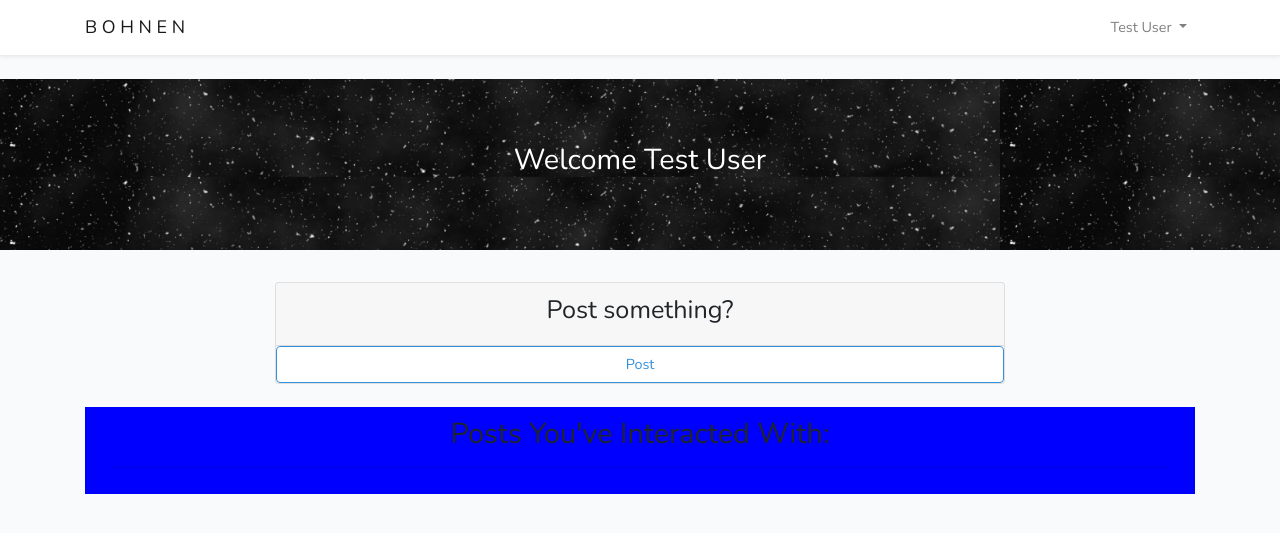
Repository: davidbohnen/BOHNEN
Page: http://localhost/home
These files come from the project's save history. The page is drawn as it stood at one moment and after the next save; the edit follows.
The browser window is 1280 px wide. The pictures show the whole page.
The page is served by the project's Laravel application, run on PHP 8.4 with Laravel 8. A made-up administrator, Test User (test@example.com), is signed in. Other server files are loaded and not shown.

Above is the page before, as saved 2020-05-05 22:21:09.

### routes/web.php
<?php

use Illuminate\Support\Facades\Route;

/*
|--------------------------------------------------------------------------
| Web Routes
|--------------------------------------------------------------------------
|
| Here is where you can register web routes for your application. These
| routes are loaded by the RouteServiceProvider within a group which
| contains the "web" middleware group. Now create something great!
|
*/

Route::get('/', function () {
    return view('welcome');
});

Auth::routes();

Route::get('/home', 'HomeController@index')->name('home');

Route::get('/post/create', 'PostController@create');
Route::post('/post', 'PostController@store');
Route::get('/warn', 'IndexController@warn');
Route::get('/post/{post}', 'PostController@show');

Route::get('/public', 'IndexController@public');

Route::get('/news', 'IndexController@news');


Route::get('/about', 'IndexController@about');
Route::get('/more', 'IndexController@more');
Route::get('/history', 'IndexController@history');
Route::get('/record', 'IndexController@record');
Route::get('/contact', 'IndexController@contact');
Route::get('/live', 'IndexController@live');

### app/User.php
<?php

namespace App;

use Illuminate\Contracts\Auth\MustVerifyEmail;
use Illuminate\Foundation\Auth\User as Authenticatable;
use Illuminate\Notifications\Notifiable;

class User extends Authenticatable
{
    use Notifiable;

    /**
     * The attributes that are mass assignable.
     *
     * @var array
     */
    protected $fillable = [
        'name', 'email', 'password',
    ];

    /**
     * The attributes that should be hidden for arrays.
     *
     * @var array
     */
    protected $hidden = [
        'password', 'remember_token',
    ];

    /**
     * The attributes that should be cast to native types.
     *
     * @var array
     */
    protected $casts = [
        'email_verified_at' => 'datetime',
    ];


    public function post(){
        return $this->hasMany(Post::class);
    }

}

### resources/views/home.blade.php
@extends('layouts.app')

@section('content')

<div class="jumbotron jumbotron-fluid" style= " background-image: url( images/galaback.png ) ; background-size: 1000px;">
      <div class="container" style= "text-align: center; color: white;">
        <h2> Welcome  {{ Auth::user()->name }}  </h2>

      </div>
    </div>

<div class="container">
    <div class="row justify-content-center">
        <div class="col-md-8">
            <div class="card">
                <div class="card-header" style="text-align: center"><h3> Post something?</h3></div>

                <div class="card-body;">
                    @if (session('status'))
                        <div class="alert alert-success" role="alert">
                            {{ session('status') }}
                        </div>
                    @endif

                <a href="/post/create" class="btn btn-outline-primary my-2 my-sm-0" style=" width:100%" >Post</a>

                </div>
            </div>
        </div>


    </div>
    <br>

    <div class="container"  class="row justify-content-center" style = "background-color:blue">
    <div style="text-align:center;padding:10px" >
        <h2>Posts You've Interacted With:</h2>
            <hr>
        </div>
    </div>
    </div>


@endsection

### resources/views/layouts/app.blade.php
<!doctype html>
<html lang="{{ str_replace('_', '-', app()->getLocale()) }}">
<head>
    <meta charset="utf-8">
    <meta name="viewport" content="width=device-width, initial-scale=1">

    <!-- CSRF Token -->
    <meta name="csrf-token" content="{{ csrf_token() }}">

    <title>{{ config('BOHNEN', 'B O H N E N') }}</title>


    <!-- Scripts -->
    <script src="{{ asset('js/app.js') }}" defer></script>

    <!-- Fonts -->
    <link rel="dns-prefetch" href="//fonts.gstatic.com">
    <link href="https://fonts.googleapis.com/css?family=Nunito" rel="stylesheet">

    <!-- Styles -->
    <link href="{{ asset('css/app.css') }}" rel="stylesheet">
</head>
<body>
    <div id="app">
        <nav class="navbar navbar-expand-md navbar-light bg-white shadow-sm">
            <div class="container">
                <a class="navbar-brand" href="{{ url('/') }}">
                    {{ config('BOHNEN', 'B O H N E N') }}
                </a>
                <button class="navbar-toggler" type="button" data-toggle="collapse" data-target="#navbarSupportedContent" aria-controls="navbarSupportedContent" aria-expanded="false" aria-label="{{ __('Toggle navigation') }}">
                    <span class="navbar-toggler-icon"></span>
                </button>

                <div class="collapse navbar-collapse" id="navbarSupportedContent">
                    <!-- Left Side Of Navbar -->
                    <ul class="navbar-nav mr-auto">

                    </ul>

                    <!-- Right Side Of Navbar -->
                    <ul class="navbar-nav ml-auto">
                        <!-- Authentication Links -->
                        @guest
                            <li class="nav-item">
                                <a class="nav-link" href="{{ route('login') }}">{{ __('Login') }}</a>
                            </li>
                            @if (Route::has('register'))
                                <li class="nav-item">
                                    <a class="nav-link" href="{{ route('register') }}">{{ __('Register') }}</a>
                                </li>
                            @endif
                        @else
                            <li class="nav-item dropdown">
                                <a id="navbarDropdown" class="nav-link dropdown-toggle" href="#" role="button" data-toggle="dropdown" aria-haspopup="true" aria-expanded="false" v-pre>
                                    {{ Auth::user()->name }} <span class="caret"></span>
                                </a>

                                <div class="dropdown-menu dropdown-menu-right" aria-labelledby="navbarDropdown">
                                <a class="dropdown-item" href="/home">Home

                                       </a>

                                       <a class="dropdown-item" href="/public">Public View

                                       </a>

                                    <a class="dropdown-item" href="{{ route('logout') }}"
                                       onclick="event.preventDefault();
                                                     document.getElementById('logout-form').submit();">
                                        {{ __('Logout') }}
                                    </a>

                                    <form id="logout-form" action="{{ route('logout') }}" method="POST" style="display: none;">
                                        @csrf
                                    </form>
                                </div>
                            </li>
                        @endguest
                    </ul>
                </div>
            </div>
        </nav>

        <main class="py-4">
            @yield('content')
        </main>
    </div>
</body>
</html>

Loaded but not shown: app/Http/Controllers/Auth/LoginController.php (common file); app/Http/Controllers/Controller.php (common file); app/Http/Controllers/Auth/ConfirmPasswordController.php (common file); app/Http/Controllers/HomeController.php (common file); public/css/app.css (library)

After the next save:
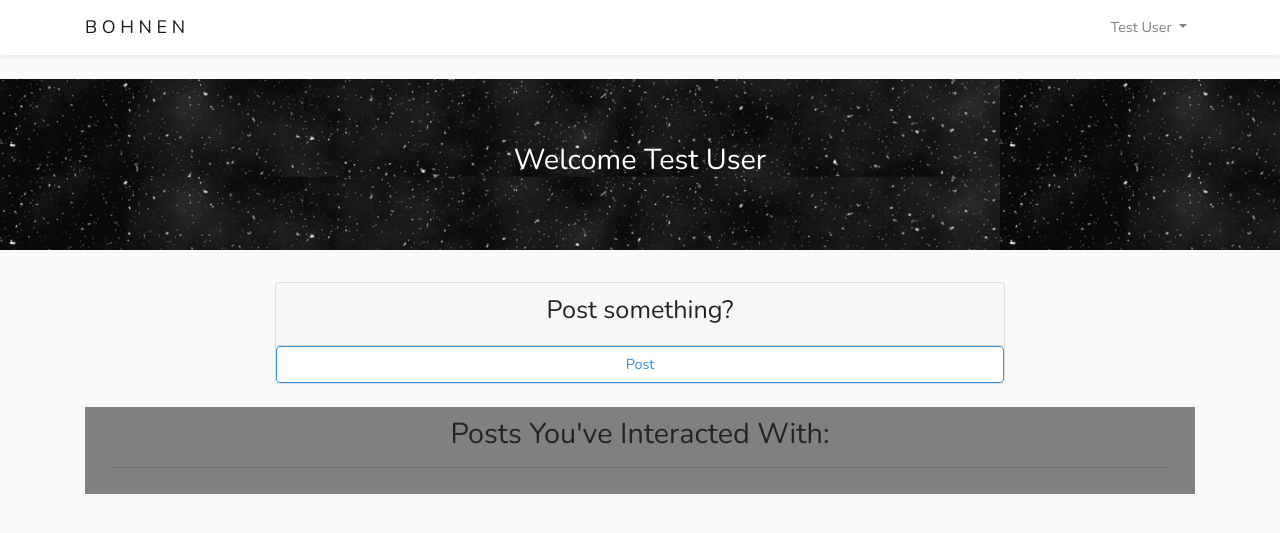
Saved 8 s later.
--- a/resources/views/home.blade.php
+++ b/resources/views/home.blade.php
@@ -32,7 +32,7 @@
     </div>
     <br>
 
-    <div class="container"  class="row justify-content-center" style = "background-color:blue">
+    <div class="container"  class="row justify-content-center" style = "background-color:gray">
     <div style="text-align:center;padding:10px" >
         <h2>Posts You've Interacted With:</h2>
             <hr>
